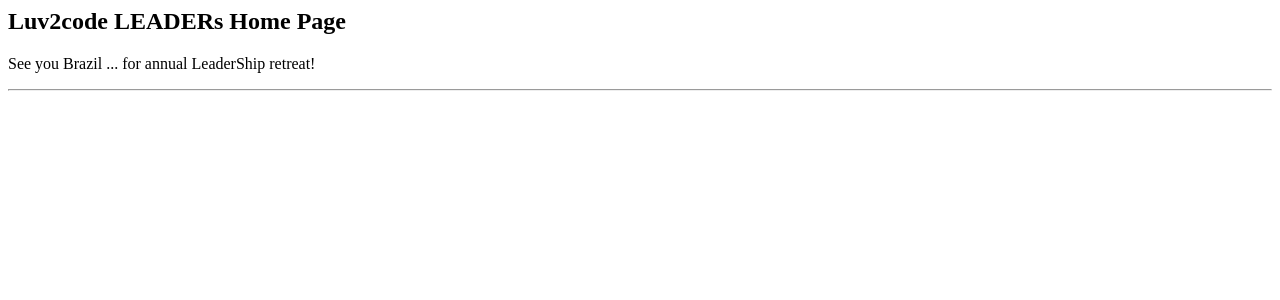
Repository: JT12s/Ecllipse-SpringPrcaticeProject
Page: http://localhost/spring-security-demo-07-user-roles/leaders
These files come from the project's save history. The page is drawn as it stood at one moment and after the next save; the edit follows.
The browser window is 1280 px wide. The pictures show the whole page.
The page is served by Tomcat 9. Other server files are loaded and not shown.

Above is the page before, as saved 2022-08-07 00:37:40.

### spring-security-demo-07-user-roles/src/main/webapp/WEB-INF/view/leaders.jsp
<html>
<head>
	<title>Luv2code LEADERs Home Page</title>
</head>

<body>

<h2>Luv2code LEADERs Home Page</h2>

<p>
	See you Brazil ... for annual LeaderShip retreat!
</p>

<hr>

<a href="${pageContext.request.contextPath }/"
</body>

</html>

After the next save:
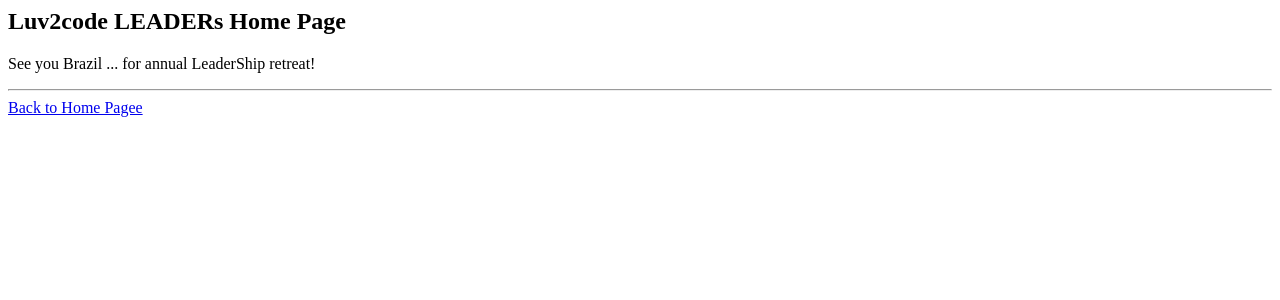
Saved 6 s later.
--- a/spring-security-demo-07-user-roles/src/main/webapp/WEB-INF/view/leaders.jsp
+++ b/spring-security-demo-07-user-roles/src/main/webapp/WEB-INF/view/leaders.jsp
@@ -13,7 +13,7 @@
 
 <hr>
 
-<a href="${pageContext.request.contextPath }/"
+<a href="${pageContext.request.contextPath }/">Back to Home Pagee</a>
 </body>
 
 </html>
